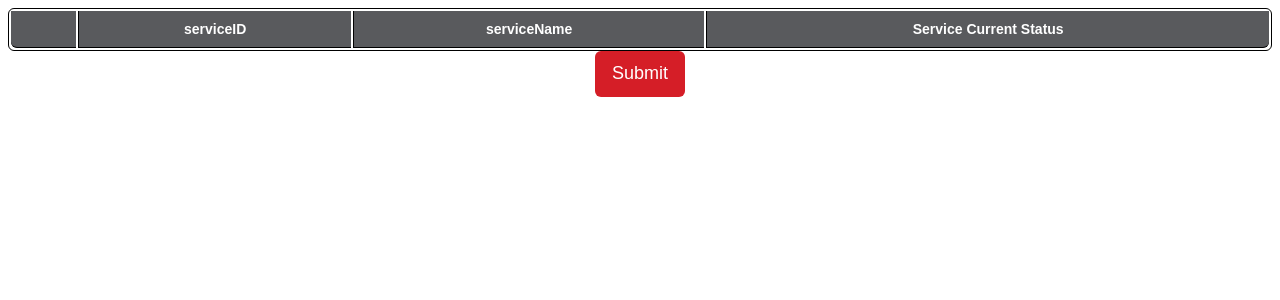
Repository: suma94/MyProjects
Page: http://localhost/SelfServiceSales/Display.jsp
The author's editor kept a copy of each file at every save. The page is drawn from the files as they stood at one save, then again after the next save.
The browser window is 1280 px wide. The pictures show the whole page.
The page is served by Tomcat 9. Other server files are loaded and not shown.

Above is the page before, as saved 2015-08-26 04:48:05.

### SelfServiceSales/WebContent/Display.jsp
<%@ page language="java" contentType="text/html; charset=ISO-8859-1"
    pageEncoding="ISO-8859-1"%>
    <%@ taglib uri="http://java.sun.com/jsp/jstl/core" prefix="c" %>
<!DOCTYPE html PUBLIC "-//W3C//DTD HTML 4.01 Transitional//EN" "http://www.w3.org/TR/html4/loose.dtd">
<html>
<head>
<meta http-equiv="Content-Type" content="text/html; charset=ISO-8859-1">
<link rel="stylesheet" type="text/css" href="styles.css">
<title>Insert title here</title>

</head>
<body>
	<form action="SuspendComplete" method="post">
		<table class="vztable"   >
			<tr>
				<td></td><td>serviceID</td><td>serviceName</td><td>Service Current Status</td>
			</tr>
			<c:forEach var="e" items="${infols}">
			<tr>
				<td><input type="radio"  name="services" value="${e.service_id}"> </td>
				<td><c:out value="${e.service_id}"></c:out> </td>
				<td><c:out value="${e.service_name}"></c:out> </td>
				<td><c:out value="${e.service_current_status}"></c:out> </td>
			</tr>
			</c:forEach>
			</table>
			<center>
				<input type="submit" value="Submit" name="Suspend" class="vzbtn">
			</center>
	</form>
</body>
</html>

### SelfServiceSales/WebContent/styles.css
.vz-standard-font
{
	font-family:arial;
}
.vzh1
{
	font-family:arial;
	font-style:bold;
	font-size:28px;
	color:#B00000;
}
.vzh2
{
	font-family:arial;
	font-style:bold;
	font-size:24px;
	color:#B00000;
}
.vzh3
{
	font-family:arial;
	font-style:bold;
	font-size:21.33px;
	color:#333333;
}
.vzh4
{
	font-family:arial;
	font-style:bold;
	font-size:18.66px;
	color:#333333;

}
.vzh5
{
	font-family:arial;
	font-style:bold;
	font-size:16px;
	color:#333333;
}
.vzh6
{
	font-family:arial;
	font-style:bold;
	font-size:14.66px;
	color:#333333;
}
.vzred
{
	color:#ED1C24;
}
.vzdarkgrey
{
	color:#595A5D;
}
.vzgrey
{
	color:#D2D3D4;
}
.vzlightgrey
{
	color:#ECEDEE;
}
.vzsecondary1
{
	color:rgb(115,185,176);
}
.vzsecondary2
{
	color:rgb(259,223,76);
}
.vzsecondary3
{
	color:rgb(74,154,77);
}.vzsecondary4
{
	color:rgb(46,103,178);
}
.vzsecondary5
{
	color:rgb(196,159,57);
}
.vzsecondary6
{
	color:rgb(210,102,159);
}
.vzsecondary7
{
	color:rgb(127,52,131);
}
.vzsecondary8
{
	color:rgb(49,149,169);
}
a.vzlink:link {
     font-family:Arial; color:#0066CC; text-decoration:underline;
}

/* visited link */
a.vzlink:visited {
  font-family:Arial; color:#990099; text-decoration:none;

}

/* mouse over link */
a .vzlink:hover {
   font-family:Arial; color:#0066CC; text-decoration:underline;
}

/* selected link */
a.vzlink:active {
font-family:Arial; color:#B00000; text-decoration:none;
}

.vzbtn {
  -webkit-border-radius: 6;
  -moz-border-radius: 6;
 padding: 10px 16px;
font-size: 18px;
line-height: 1.33333;
border-radius: 6px;
margin-bottom: 0px;
font-weight: 400;
text-align: center;
white-space: nowrap;
vertical-align: middle;
cursor: pointer;
-moz-user-select: none;
background-image: none;
border: 1px solid transparent;

  font-family: Arial;
  color: #ffffff;

  background: #d51e27;

  text-decoration: none;
}
.vzbtn:focus {outline:0;}

.vzbtn:hover {
  text-decoration: none;
}
.vzbtnsmall {
  -webkit-border-radius: 3;
  -moz-border-radius: 3;
  padding: 5px 10px;
    padding-top: 5px;
    padding-right: 10px;
    padding-bottom: 5px;
    padding-left: 10px;
font-size: 12px;
line-height: 1.5;
border-radius: 3px;
display: inline-block;
margin-bottom: 0px;
font-weight: 400;
text-align: center;
white-space: nowrap;
vertical-align: middle;
cursor: pointer;
-moz-user-select: none;
background-image: none;
border: 1px solid transparent;

  font-family: Arial;
  color: #ffffff;

  background: #d51e27;

  text-decoration: none;
}
.vzbtnsmall:focus {outline:0;}

.vzbtnsmall:hover {
  text-decoration: none;
}
.vzbtnmedium {
	padding: 6px 12px;
margin-bottom: 0px;
font-size: 14px;
font-weight: 400;
line-height: 1.42857;
text-align: center;
white-space: nowrap;
vertical-align: middle;
cursor: pointer;
-moz-user-select: none;
background-image: none;
border: 1px solid transparent;
border-radius: 4px;
  -webkit-border-radius: 4;
  -moz-border-radius: 4;



  font-family: Arial;
  color: #ffffff;

  background: #d51e27;

  text-decoration: none;
}
.vzbtnmedium:focus {outline:0;}

.vzbtnmedium:hover {
  text-decoration: none;
}
.vzbtnxsmall {
	padding: 1px 5px;
    padding-top: 1px;
    padding-right: 5px;
    padding-bottom: 1px;
    padding-left: 5px;
font-size: 12px;
line-height: 1.5;
border-radius: 3px;
	display: inline-block;
margin-bottom: 0px;
font-weight: 400;
text-align: center;
white-space: nowrap;
vertical-align: middle;
cursor: pointer;
-moz-user-select: none;
background-image: none;
border: 1px solid transparent;

border-radius: 3px;
  -webkit-border-radius: 3;
  -moz-border-radius: 3;



  font-family: Arial;
  color: #ffffff;

  background: #d51e27;

  text-decoration: none;
}
.vzbtnxsmall:focus {outline:0;}

.vzbtnxsmall:hover {
  text-decoration: none;
}
.vzbtn1{
  -webkit-border-radius: 6;
  -moz-border-radius: 6;
 padding: 10px 16px;
font-size: 18px;
line-height: 1.33333;
border-radius: 6px;
margin-bottom: 0px;
font-weight: 400;
text-align: center;
white-space: nowrap;
vertical-align: middle;
cursor: pointer;
-moz-user-select: none;
background-image: none;
border: 1px solid transparent;

  font-family: Arial;
  color: #ffffff;

  background: #464a4f;

  text-decoration: none;
}
.vzbtn1:focus {outline:0;}

.vzbtn1:hover {
  text-decoration: none;
}
.vzbtn1small {
  -webkit-border-radius: 3;
  -moz-border-radius: 3;
  padding: 5px 10px;
    padding-top: 5px;
    padding-right: 10px;
    padding-bottom: 5px;
    padding-left: 10px;
font-size: 12px;
line-height: 1.5;
border-radius: 3px;
display: inline-block;
margin-bottom: 0px;
font-weight: 400;
text-align: center;
white-space: nowrap;
vertical-align: middle;
cursor: pointer;
-moz-user-select: none;
background-image: none;
border: 1px solid transparent;

  font-family: Arial;
  color: #ffffff;

  background: #464a4f;

  text-decoration: none;
}
.vzbtn1small:focus {outline:0;}

.vzbtn1small:hover {
  text-decoration: none;
}
.vzbtn1medium {
	padding: 6px 12px;
margin-bottom: 0px;
font-size: 14px;
font-weight: 400;
line-height: 1.42857;
text-align: center;
white-space: nowrap;
vertical-align: middle;
cursor: pointer;
-moz-user-select: none;
background-image: none;
border: 1px solid transparent;
border-radius: 4px;
  -webkit-border-radius: 4;
  -moz-border-radius: 4;



  font-family: Arial;
  color: #ffffff;

  background: #464a4f;

  text-decoration: none;
}
.vzbtn1medium:focus {outline:0;}

.vzbtn1medium:hover {
  text-decoration: none;
}
.vzbtn1xsmall {
	padding: 1px 5px;
    padding-top: 1px;
    padding-right: 5px;
    padding-bottom: 1px;
    padding-left: 5px;
font-size: 12px;
line-height: 1.5;
border-radius: 3px;
	display: inline-block;
margin-bottom: 0px;
font-weight: 400;
text-align: center;
white-space: nowrap;
vertical-align: middle;
cursor: pointer;
-moz-user-select: none;
background-image: none;
border: 1px solid transparent;

border-radius: 3px;
  -webkit-border-radius: 3;
  -moz-border-radius: 3;



  font-family: Arial;
  color: #ffffff;

  background: #464a4f;

  text-decoration: none;
}
.vzbtn1xsmall:focus {outline:0;}

.vzbtnx1small:hover {
  text-decoration: none;
}


.vzbtn2{
  -webkit-border-radius: 7;
  -moz-border-radius: 7;
  border-radius: 7px;

  font-family: Arial;
  color: #818181;
  font-size: 14px;
  background: #e3e6e5;
  padding: 10px 20px 10px 20px;
  text-decoration: none;
}
.vzbtn2:focus {outline:0;}
.vzbtn2:hover {
  text-decoration: none;
}
.vzbtn2{
  -webkit-border-radius: 6;
  -moz-border-radius: 6;
 padding: 10px 16px;
font-size: 18px;
line-height: 1.33333;
border-radius: 6px;
margin-bottom: 0px;
font-weight: 400;
text-align: center;
white-space: nowrap;
vertical-align: middle;
cursor: pointer;
-moz-user-select: none;
background-image: none;
border: 1px solid transparent;

  font-family: Arial;
  color: #ffffff;

  background: #e3e6e5;

  text-decoration: none;
}
.vzbtn2:focus {outline:0;}

.vzbtn2:hover {
  text-decoration: none;
}
.vzbtn2small {
  -webkit-border-radius: 3;
  -moz-border-radius: 3;
  padding: 5px 10px;
    padding-top: 5px;
    padding-right: 10px;
    padding-bottom: 5px;
    padding-left: 10px;
font-size: 12px;
line-height: 1.5;
border-radius: 3px;
display: inline-block;
margin-bottom: 0px;
font-weight: 400;
text-align: center;
white-space: nowrap;
vertical-align: middle;
cursor: pointer;
-moz-user-select: none;
background-image: none;
border: 1px solid transparent;

  font-family: Arial;
  color: #ffffff;

  background: #e3e6e5;

  text-decoration: none;
}
.vzbtn2small:focus {outline:0;}

.vzbtn2small:hover {
  text-decoration: none;
}
.vzbtn2medium {
	padding: 6px 12px;
margin-bottom: 0px;
font-size: 14px;
font-weight: 400;
line-height: 1.42857;
text-align: center;
white-space: nowrap;
vertical-align: middle;
cursor: pointer;
-moz-user-select: none;
background-image: none;
border: 1px solid transparent;
border-radius: 4px;
  -webkit-border-radius: 4;
  -moz-border-radius: 4;



  font-family: Arial;
  color: #ffffff;

  background: #e3e6e5;

  text-decoration: none;
}
.vzbtn2medium:focus {outline:0;}

.vzbtn2medium:hover {
  text-decoration: none;
}
.vzbtn2xsmall {
	padding: 1px 5px;
    padding-top: 1px;
    padding-right: 5px;
    padding-bottom: 1px;
    padding-left: 5px;
font-size: 12px;
line-height: 1.5;
border-radius: 3px;
	display: inline-block;
margin-bottom: 0px;
font-weight: 400;
text-align: center;
white-space: nowrap;
vertical-align: middle;
cursor: pointer;
-moz-user-select: none;
background-image: none;
border: 1px solid transparent;

border-radius: 3px;
  -webkit-border-radius: 3;
  -moz-border-radius: 3;



  font-family: Arial;
  color: #ffffff;

  background: #e3e6e5;

  text-decoration: none;
}
.vzbtn2xsmall:focus {outline:0;}

.vzbtnx2small:hover {
  text-decoration: none;
}

.vztext {
  display: inline-block;
  -webkit-box-sizing: content-box;
  -moz-box-sizing: content-box;
  box-sizing: content-box;
  padding: 10px 20px;
  border: 1px solid #b7b7b7;
  -webkit-border-radius: 3px;
  border-radius: 3px;
  font: normal 14px/normal Arial, Helvetica, sans-serif;
  color: rgba(40,40,40,1);
  -o-text-overflow: clip;
  text-overflow: clip;
  background: #ecf0f1;
  -webkit-box-shadow: 2px 2px 2px 0 rgba(0,0,0,0.2) inset;
  box-shadow: 2px 2px 2px 0 rgba(0,0,0,0.2) inset;
  text-shadow: 1px 1px 0 rgba(255,255,255,0.66) ;
  -webkit-transition: all 200ms cubic-bezier(0.42, 0, 0.58, 1);
  -moz-transition: all 200ms cubic-bezier(0.42, 0, 0.58, 1);
  -o-transition: all 200ms cubic-bezier(0.42, 0, 0.58, 1);
  transition: all 200ms cubic-bezier(0.42, 0, 0.58, 1);
}

.vztextarea
{

background:#ecf0f1;
color: rgba(40,40,40,1);
border:1px solid #DCDCDC;
border-radius:2px ;
font-size:12px ;
width: 222px ;
padding: 2px ;
box-shadow: 2px 2px 2px 0 rgba(0,0,0,0.2) inset;
-webkit-box-shadow: -2px 0px 8px #DCDCDC;
-moz-box-shadow: -2px 0px 8px #DCDCDC;
}
.vztextarea:focus, input:focus{
    outline: 0;
}
.vztable {
	margin:0px;padding:0px;
	width:100%;
	border:1px solid #000000;

	-moz-border-radius-bottomleft:6px;
	-webkit-border-bottom-left-radius:6px;
	border-bottom-left-radius:6px;

	-moz-border-radius-bottomright:6px;
	-webkit-border-bottom-right-radius:6px;
	border-bottom-right-radius:6px;

	-moz-border-radius-topright:6px;
	-webkit-border-top-right-radius:6px;
	border-top-right-radius:6px;

	-moz-border-radius-topleft:6px;
	-webkit-border-top-left-radius:6px;
	border-top-left-radius:6px;
}.vztable table{
    border-collapse: collapse;
        border-spacing: 0;
	width:100%;
	height:100%;
	margin:0px;padding:0px;
}.vztable tr:last-child td:last-child {
	-moz-border-radius-bottomright:6px;
	-webkit-border-bottom-right-radius:6px;
	border-bottom-right-radius:6px;
}
.vztable table tr:first-child td:first-child {
	-moz-border-radius-topleft:6px;
	-webkit-border-top-left-radius:6px;
	border-top-left-radius:6px;
}
.vztable table tr:first-child td:last-child {
	-moz-border-radius-topright:6px;
	-webkit-border-top-right-radius:6px;
	border-top-right-radius:6px;
}.vztable tr:last-child td:first-child{
	-moz-border-radius-bottomleft:6px;
	-webkit-border-bottom-left-radius:6px;
	border-bottom-left-radius:6px;
}.vztable tr:hover td{

}
.vztable tr:nth-child(odd){ background-color:#f3f3f5; }
.vztable tr:nth-child(even)    { background-color:#ffffff; }.vztable td{
	vertical-align:middle;


	border:1px solid #000000;
	border-width:0px 1px 1px 0px;
	text-align:center;
	padding:10px;
	font-size:13px;
	font-family:Arial;
	font-weight:normal;
	color:#000000;
}.vztable tr:last-child td{
	border-width:0px 1px 0px 0px;
}.vztable tr td:last-child{
	border-width:0px 0px 1px 0px;
}.vztable tr:last-child td:last-child{
	border-width:0px 0px 0px 0px;
}
.vztable tr:first-child td{
		background:-o-linear-gradient(bottom, #595a5d 5%, #595a5d 100%);	background:-webkit-gradient( linear, left top, left bottom, color-stop(0.05, #595a5d), color-stop(1, #595a5d) );
	background:-moz-linear-gradient( center top, #595a5d 5%, #595a5d 100% );
	filter:progid:DXImageTransform.Microsoft.gradient(startColorstr="#595a5d", endColorstr="#595a5d");	background: -o-linear-gradient(top,#595a5d,595a5d);

	background-color:#595a5d;
	border:0px solid #000000;
	text-align:center;
	border-width:0px 0px 1px 1px;
	font-size:14px;
	font-family:Arial;
	font-weight:bold;
	color:#ffffff;
}
.vztable tr:first-child:hover td{
	background:-o-linear-gradient(bottom, #595a5d 5%, #595a5d 100%);	background:-webkit-gradient( linear, left top, left bottom, color-stop(0.05, #595a5d), color-stop(1, #595a5d) );
	background:-moz-linear-gradient( center top, #595a5d 5%, #595a5d 100% );
	filter:progid:DXImageTransform.Microsoft.gradient(startColorstr="#595a5d", endColorstr="#595a5d");	background: -o-linear-gradient(top,#595a5d,595a5d);

	background-color:#595a5d;
}
.vztable tr:first-child td:first-child{
	border-width:0px 0px 1px 0px;
}
.vztable tr:first-child td:last-child{
	border-width:0px 0px 1px 1px;
}

.vztable1 {
	margin:0px;padding:0px;
	width:100%;
	border:1px solid #000000;

	-moz-border-radius-bottomleft:6px;
	-webkit-border-bottom-left-radius:6px;
	border-bottom-left-radius:6px;

	-moz-border-radius-bottomright:6px;
	-webkit-border-bottom-right-radius:6px;
	border-bottom-right-radius:6px;

	-moz-border-radius-topright:6px;
	-webkit-border-top-right-radius:6px;
	border-top-right-radius:6px;

	-moz-border-radius-topleft:6px;
	-webkit-border-top-left-radius:6px;
	border-top-left-radius:6px;
}.vztable1 table{
    border-collapse: collapse;
        border-spacing: 0;
	width:100%;
	height:100%;
	margin:0px;padding:0px;
}.vztable1 tr:last-child td:last-child {
	-moz-border-radius-bottomright:6px;
	-webkit-border-bottom-right-radius:6px;
	border-bottom-right-radius:6px;
}
.vztable1 table tr:first-child td:first-child {
	-moz-border-radius-topleft:6px;
	-webkit-border-top-left-radius:6px;
	border-top-left-radius:6px;
}
.vztable1 table tr:first-child td:last-child {
	-moz-border-radius-topright:6px;
	-webkit-border-top-right-radius:6px;
	border-top-right-radius:6px;
}.vztable1 tr:last-child td:first-child{
	-moz-border-radius-bottomleft:6px;
	-webkit-border-bottom-left-radius:6px;
	border-bottom-left-radius:6px;
}.vztable1 tr:hover td{

}
.vztable1 tr:nth-child(odd){ background-color:#f3f3f5; }
.vztable1 tr:nth-child(even)    { background-color:#ffffff; }.vztable1 td{
	vertical-align:middle;


	border:1px solid #000000;
	border-width:0px 1px 1px 0px;
	text-align:center;
	padding:10px;
	font-size:13px;
	font-family:Arial;
	font-weight:normal;
	color:#000000;
}.vztable1 tr:last-child td{
	border-width:0px 1px 0px 0px;
}.vztable1 tr td:last-child{
	border-width:0px 0px 1px 0px;
}.vztable1 tr:last-child td:last-child{
	border-width:0px 0px 0px 0px;
}
.vztable1 tr:first-child td{
		/* background:-o-linear-gradient(bottom, #595a5d 5%, #595a5d 100%);	background:-webkit-gradient( linear, left top, left bottom, color-stop(0.05, #595a5d), color-stop(1, #595a5d) );
	background:-moz-linear-gradient( center top, #595a5d 5%, #595a5d 100% ); */
	filter:progid:DXImageTransform.Microsoft.gradient(startColorstr="#595a5d", endColorstr="#595a5d");	background: -o-linear-gradient(top,#595a5d,595a5d);


	border:0px solid #000000;
	text-align:center;
	border-width:0px 0px 1px 1px;
	font-size:14px;
	font-family:Arial;


}
/* .vztable1 tr:first-child:hover td{
	background:-o-linear-gradient(bottom, #595a5d 5%, #595a5d 100%);	background:-webkit-gradient( linear, left top, left bottom, color-stop(0.05, #595a5d), color-stop(1, #595a5d) );
	background:-moz-linear-gradient( center top, #595a5d 5%, #595a5d 100% );
	filter:progid:DXImageTransform.Microsoft.gradient(startColorstr="#595a5d", endColorstr="#595a5d");	background: -o-linear-gradient(top,#595a5d,595a5d);

	background-color:#595a5d;
} */
.vztable1 tr:first-child td:first-child{
	border-width:0px 0px 1px 0px;
}
.vztable1 tr:first-child td:last-child{
	border-width:0px 0px 1px 1px;
}


.vzresponsive-container { position: relative; padding-bottom: 56.25%; padding-top: 30px; height: 0; overflow: hidden; }

.vzresponsive-container iframe { position: absolute; top: 0; left: 0; width: 100%; height: 100%; }
.vzlogoContainer {
  width: 20%;
}
.vzlogoContainer img {
max-width: 100%;
}
input[type=radio], input[type=checkbox] {
	    display:none;
	}
input[type=radio] + label:before {
	    content: "";
	    display: inline-block;
	    width: 15px;
	    height: 15px;
	    vertical-align:middle;
	    margin-right: 8px;
	    background-color: #aaa;
	    box-shadow: inset 0px 2px 2px rgba(0, 0, 0, .3);
	    border-radius: 8px;
	}
input[type=checkbox] + label:before {
	    content: "";
	    display: inline-block;
	    width: 15px;
	    height: 15px;
	    vertical-align:middle;
	    margin-right: 8px;
	    background-color: #aaa;
	    box-shadow: inset 0px 2px 2px rgba(0, 0, 0, .3);
	    border-radius: 4px;
	}
input[type=radio]:checked + label:before {
		content: "\2022";
		color:white;
	    background-color: #666;
		font-size:1.8em;
		text-align:center;
		line-height:14px;
		text-shadow:0px 0px 3px #eee;
	}
input[type=checkbox]:checked + label:before {
		content:"\2714";
		color:white;
	    background-color: #666;
		text-align:center;
		line-height:15px;
	    text-shadow:0px 0px 3px #eee;
	}
	.vznavbar-inverse
	{
		background-color: #FFFFFF;
		}
.vznavbar-inverse .vznavbar-nav>.vzactive>a:hover,
.vznavbar-inverse .vznavbar-nav>li>a:hover,
.vznavbar-inverse .vznavbar-nav>li>a:focus
 {
	 background-color: #FFFFFF;
	 }
.vznavbar-inverse .vznavbar-nav>.vzactive>a,
.vznavbar-inverse .vznavbar-nav>.vzopen>a,
.vznavbar-inverse .vznavbar-nav>.vzopen>a,
.vznavbar-inverse .vznavbar-nav>.vzopen>a:hover,
.vznavbar-inverse .vznavbar-nav>.vzopen>a,
.vznavbar-inverse .vznavbar-nav>.vzopen>a:hover,
.vznavbar-inverse .vznavbar-nav>.vzopen>a:focus
{
	background-color: #FFFFFF;
	}
.vzdropdown-menu
{
	background-color: #D2D3D4;
	}
.vzdropdown-menu>li>a:hover,
.vzdropdown-menu>li>a:focus
{
	background-color: #080808;
	}
.vznavbar-inverse
{
	background-image: none;
	}
.vzdropdown-menu>li>a:hover,
.vzdropdown-menu>li>a:focus
{
	background-image: none;
	}
.vznavbar-inverse {
	border-color: #d2d3d4;
	}
.vznavbar-inverse .vznavbar-brand
{
	color: #994812;
	}
.vznavbar-inverse .vznavbar-brand:hover {
	color: #ED1C24
	}
.vznavbar-inverse .vznavbar-nav>li>a
{
	color: #080808;
	}
.vznavbar-inverse .vznavbar-nav>li>a:hover,
.vznavbar-inverse .vznavbar-nav>li>a:focus
{
	color: #ED1C24;
	}
.vznavbar-inverse .vznavbar-nav>.vzactive>a,
.vznavbar-inverse .vznavbar-nav>.vzopen>a,
.vznavbar-inverse .vznavbar-nav>.vzopen>a:hover,
.vznavbar-inverse .vznavbar-nav>.vzopen>a:focus
{
	color: #ED1C24;
	}
.vznavbar-inverse .vznavbar-nav>.vzactive>a:hover,
.vznavbar-inverse .vznavbar-nav>.vzactive>a:focus
{
	color: #ED1C24;
	}
.vzdropdown-menu>li>a
{
color: #080808;
}
.vzdropdown-menu>li>a:hover,
.vzdropdown-menu>li>a:focus
{
	color: #FFFFFF;
}
.vznavbar-inverse .vznavbar-nav>.vzdropdown>a .vzcaret
{
	border-top-color: #080808;
	}
.vznavbar-inverse .vznavbar-nav>.vzdropdown>a:hover .vzcaret
 {
	 border-top-color: #ED1C24;
	 }
.vznavbar-inverse .vznavbar-nav>.vzdropdown>a .vzcaret
{
	border-bottom-color: #080808;
	}
.vznavbar-inverse .vznavbar-nav>.vzdropdown>a:hover .vzcaret
{
	border-bottom-color: #ED1C24;
	}

.inputwrap label {
    display: inline-block;
    width: 100px;
    text-align: right;
}
.select-style {
    /* border: 1px solid #ccc; */
    width: 120px;
    border-radius: 3px;
    overflow: hidden;
    background:  url("menu-icon.png") no-repeat 90% 50%;
	background-color:#d2d3d4;
}

.select-style select {
    padding: 5px 8px;
    width: 130%;
    border: none;
    box-shadow: none;
    background:transparent;
    background-image: none;
    -webkit-appearance: none;
}


.select-style select:focus {
    outline: none;
}

.wrapper         {width:100%;height:100%;margin:0 auto;background:#ffffff}
.h_iframe        {position:relative;}
.h_iframe .ratio {display:block;width:100%;height:auto;}
.h_iframe iframe {position:absolute;top:0;left:0;width:100%; height:100%;}

After the next save:
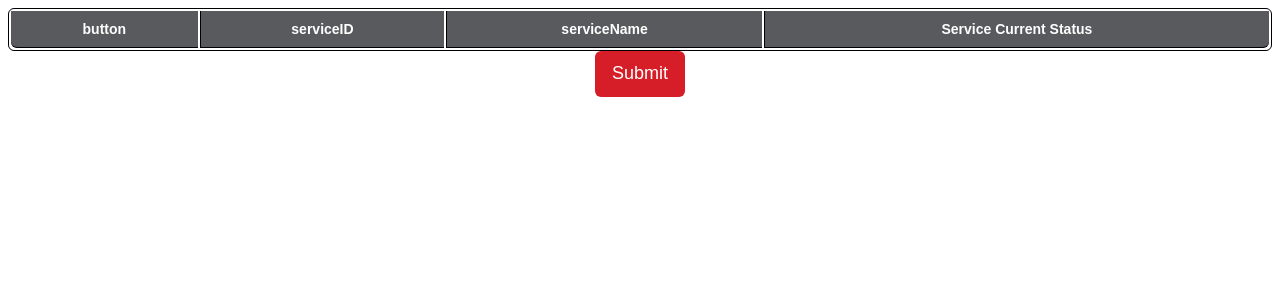
Saved 55 s later.
--- a/SelfServiceSales/WebContent/Display.jsp
+++ b/SelfServiceSales/WebContent/Display.jsp
@@ -13,7 +13,7 @@
 	<form action="SuspendComplete" method="post">
 		<table class="vztable"   >
 			<tr>
-				<td></td><td>serviceID</td><td>serviceName</td><td>Service Current Status</td>
+				<td>button</td><td>serviceID</td><td>serviceName</td><td>Service Current Status</td>
 			</tr>
 			<c:forEach var="e" items="${infols}">
 			<tr>

After the save that followed:
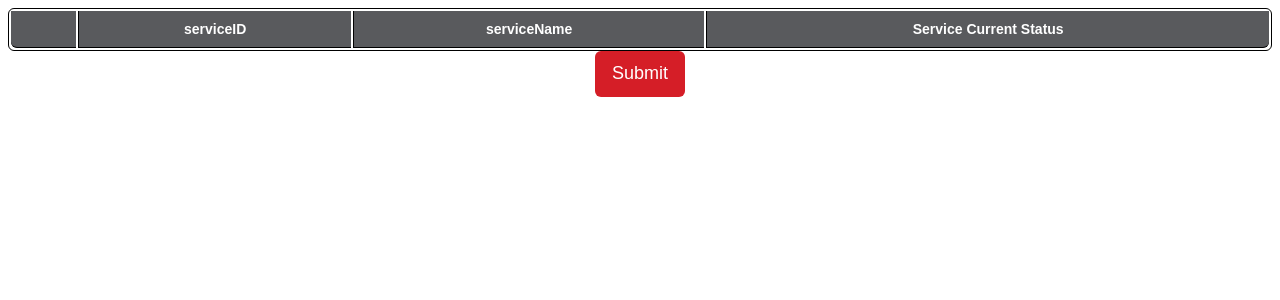
Saved 31 s later.
--- a/SelfServiceSales/WebContent/Display.jsp
+++ b/SelfServiceSales/WebContent/Display.jsp
@@ -13,7 +13,7 @@
 	<form action="SuspendComplete" method="post">
 		<table class="vztable"   >
 			<tr>
-				<td>button</td><td>serviceID</td><td>serviceName</td><td>Service Current Status</td>
+				<td></td><td>serviceID</td><td>serviceName</td><td>Service Current Status</td>
 			</tr>
 			<c:forEach var="e" items="${infols}">
 			<tr>
